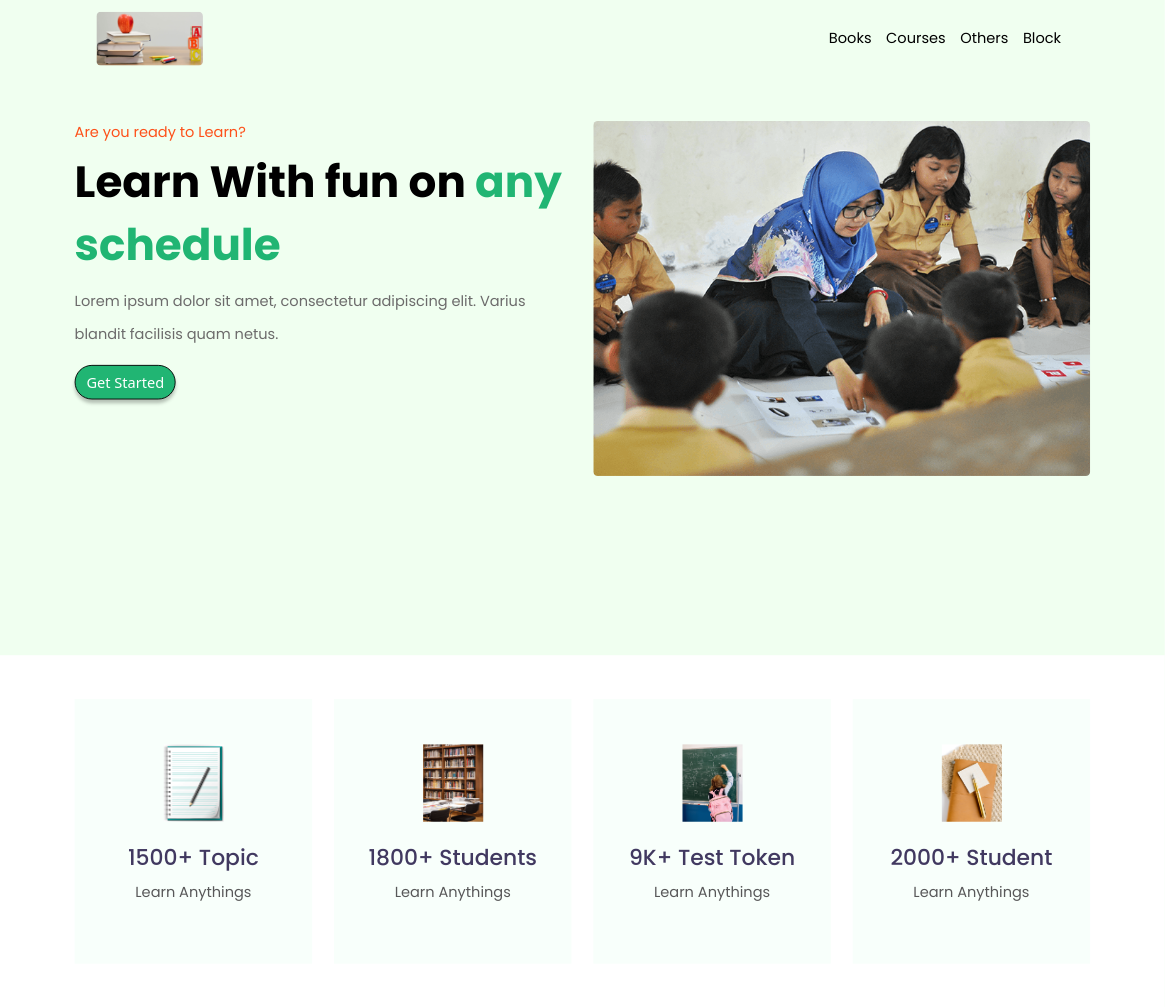
Repository: zjria/Figma-to-E-school
Page: index.html
An editor plug-in stored every save of this project. The page is shown before and after the next save, followed by the edit.
The browser window is 1280 px wide. The pictures show the whole page, at 91% of full size.
The pointer rests on the first visible `.feature-content`.
Some web libraries are served in a nearby version.

Above is the page before, as saved 2022-05-06 20:06:48.

### index.html
<!doctype html>
<html lang="en">
  <head>
    <!-- Required meta tags -->
    <meta charset="utf-8">
    <meta name="viewport" content="width=device-width, initial-scale=1">
    <title>E-School</title>

    <!-- Google Font family -->
    <link rel="preconnect" href="https://fonts.googleapis.com">
    <link rel="preconnect" href="https://fonts.gstatic.com" crossorigin>
    <link href="https://fonts.googleapis.com/css2?family=Poppins:wght@100;300;400;500;600;700;800;900&display=swap" rel="stylesheet">
    <!-- Bootstrap CSS -->
    <link href="https://cdn.jsdelivr.net/npm/bootstrap@5.0.2/dist/css/bootstrap.min.css" rel="stylesheet">
    <!-- Font awesome -->
    <link rel="stylesheet" href="https://cdnjs.cloudflare.com/ajax/libs/font-awesome/6.1.1/css/all.min.css">
    <!-- custom css -->
    <link rel="stylesheet" href="style.css">
  </head>
  <body>
    <section class="hero-section">
        <div class="container">
            <div class="row">
                <nav class="navbar navbar-expand-md navbar-light">
                    <div class="container-fluid">
                      <a class="navbar-brand" href="#"><img class="img-fluid rounded-3" src="images/logo.png" alt=""></a>
                      <button class="navbar-toggler" type="button" data-bs-toggle="collapse" data-bs-target="#navbarSupportedContent" aria-controls="navbarSupportedContent" aria-expanded="false" aria-label="Toggle navigation">
                        <span class="navbar-toggler-icon"></span>
                      </button>
                      <div class="collapse navbar-collapse" id="navbarSupportedContent">
                        <ul class="navbar-nav me-auto mb-2 mb-lg-0">
                          <li class="nav-item">
                            <a class="nav-link" href="#">Books</a>
                          </li>
                          <li class="nav-item">
                            <a class="nav-link" href="#">Courses</a>
                          </li>
                          <li class="nav-item">
                            <a class="nav-link" href="#">Others</a>
                          </li>
                          <li class="nav-item">
                            <a class="nav-link" href="#">Block</a>
                          </li>
                        </ul>

                      </div>
                    </div>
                  </nav>
            </div>
            <!-- Header Content Section -->
            <div class="row pt-5">
              <div class="col-md-6 hero-content">
                <h5>Are you ready to Learn?</h5>
                <h1>Learn With fun on <span>any schedule</span></h1>
                <p>Lorem ipsum dolor sit amet, consectetur adipiscing elit. Varius blandit facilisis quam netus.</p>
                <a href="" class="btn btn-custom">Get Started</a>
              </div>
              <div class="col-md-6">
                <img src="images/hero-img.png" class="img-fluid rounded-3" alt="">
              </div>
            </div>
        </div>
    </section>

     <!-- Feature -->
     <section class="feature mt-5 mb-5">
      <div class="container">
        <div class="row">
          <div class="col-md-3">
            <div class="feature-content text-center">
              <img src="images/price-1.png" class="img-fluid" alt="">
              <h3>1500+ Topic</h3>
              <p>Learn Anythings</p>
            </div>
          </div>
          <div class="col-md-3">
            <div class="feature-content text-center">
              <img src="images/price-2.png" class="img-fluid" alt="">
              <h3>1800+ Students</h3>
              <p>Learn Anythings</p>
            </div>
          </div>
          <div class="col-md-3">
            <div class="feature-content text-center">
              <img src="images/price-3.png" class="img-fluid" alt="">
              <h3>9K+ Test Token</h3>
              <p>Learn Anythings</p>
            </div>
          </div>
          <div class="col-md-3">
            <div class="feature-content text-center">
              <img src="images/price-4.png" class="img-fluid" alt="">
              <h3>2000+ Student</h3>
              <p>Learn Anythings</p>
            </div>
          </div>
        </div>
      </div>
     </section>








    <!-- Option 1: Bootstrap Bundle with Popper -->
    <script src="https://cdn.jsdelivr.net/npm/bootstrap@5.0.2/dist/js/bootstrap.bundle.min.js"></script>
  </body>
</html>

### style.css
/* font-family: 'Poppins', sans-serif; */
.hero-section{
    background: #F0FFF0;
    min-height: 100vh;
}
.navbar-light .navbar-nav .nav-link {
    color: rgb(0, 0, 0);
    font-family: 'Poppins', sans-serif;
    font-style: normal;
    font-weight: 400;
    font-size: 16px;
    line-height: 24px;
}
.navbar-light .navbar-nav .nav-link:hover {
    color: #C2B49D;
}
.navbar-brand img{
    width: 15%;
}
.hero-content h5 {
    font-family: 'Poppins';
    font-style: normal;
    font-weight: 400;
    font-size: 16px;
    line-height: 24px;
    color: #FD511A;
}
.hero-content h1 {
    font-family: 'Poppins';
    font-style: normal;
    font-weight: 700;
    font-size: 48px;
    line-height: 70px;
    color: #000000;
}
.hero-content h1 span{
    color: #21B573
}
.hero-content p {
    font-family: 'Poppins';
    font-style: normal;
    font-weight: 400;
    font-size: 16px;
    line-height: 36px;
    color: #6C6B6B;
}
.btn-custom{
    background: #21B573;
    border: 1px solid #000000;
    box-shadow: 0px 4px 4px rgba(0, 0, 0, 0.25);
    border-radius: 33px;
    color: #fff;
}
.feature-content{
    background: #F8FFFB;
    padding: 50px 0;
}
.feature-content img{
    width: 66px;
    height: 85px;
margin-bottom: 22px;}
.feature-content h3{
font-family: 'Poppins';
font-style: normal;
font-weight: 500;
font-size: 24px;
line-height: 36px;color: #413960;
}
.feature-content p{
font-family: 'Poppins';
font-style: normal;
font-weight: 400;
font-size: 16px;
line-height: 24px;color: #585859;
}

After the next save:
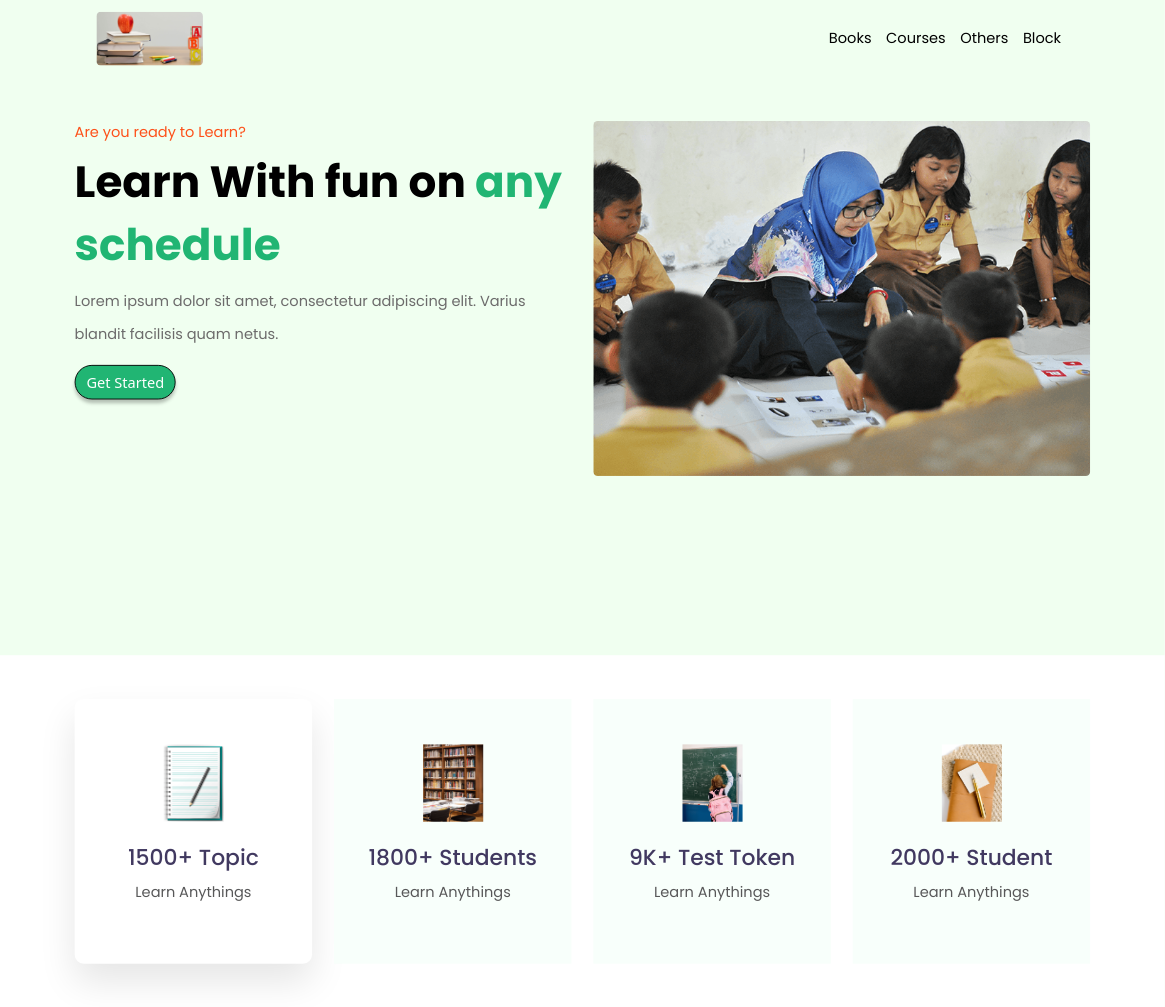
Saved 10 h 51 min later.
--- a/style.css
+++ b/style.css
@@ -73,3 +73,8 @@ font-weight: 400;
 font-size: 16px;
 line-height: 24px;color: #585859;
 }
+.feature-content:hover{
+    background: #FFFFFF;
+    box-shadow: 0px 20px 40px rgba(0, 0, 0, 0.1);
+    border-radius: 10px;
+}
